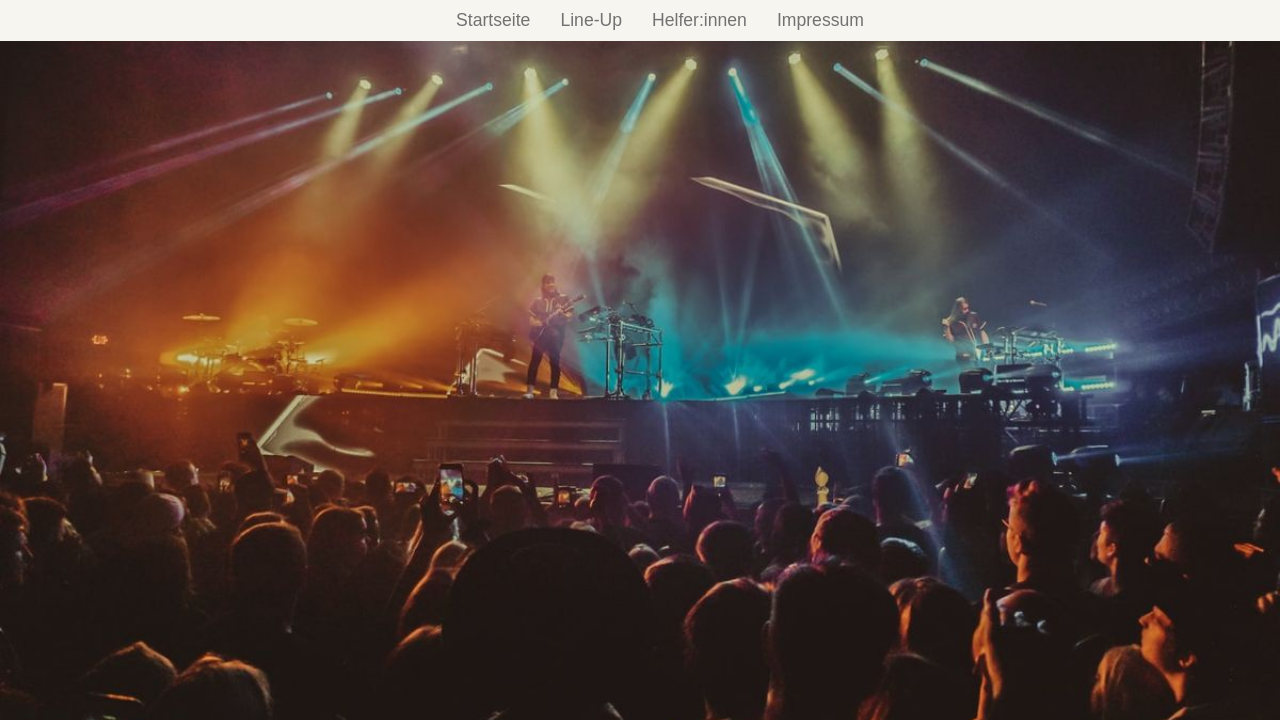
Repository: Hajimohammadi-KI/Web-Technologien
Page: index.html
These files come from the project's save history. The page is drawn as it stood at one moment and after the next save; the edit follows.
The browser window is 1280 px wide. The pictures show the whole page.

Above is the page before, as saved 2025-10-01 14:18:04.

After the next save:
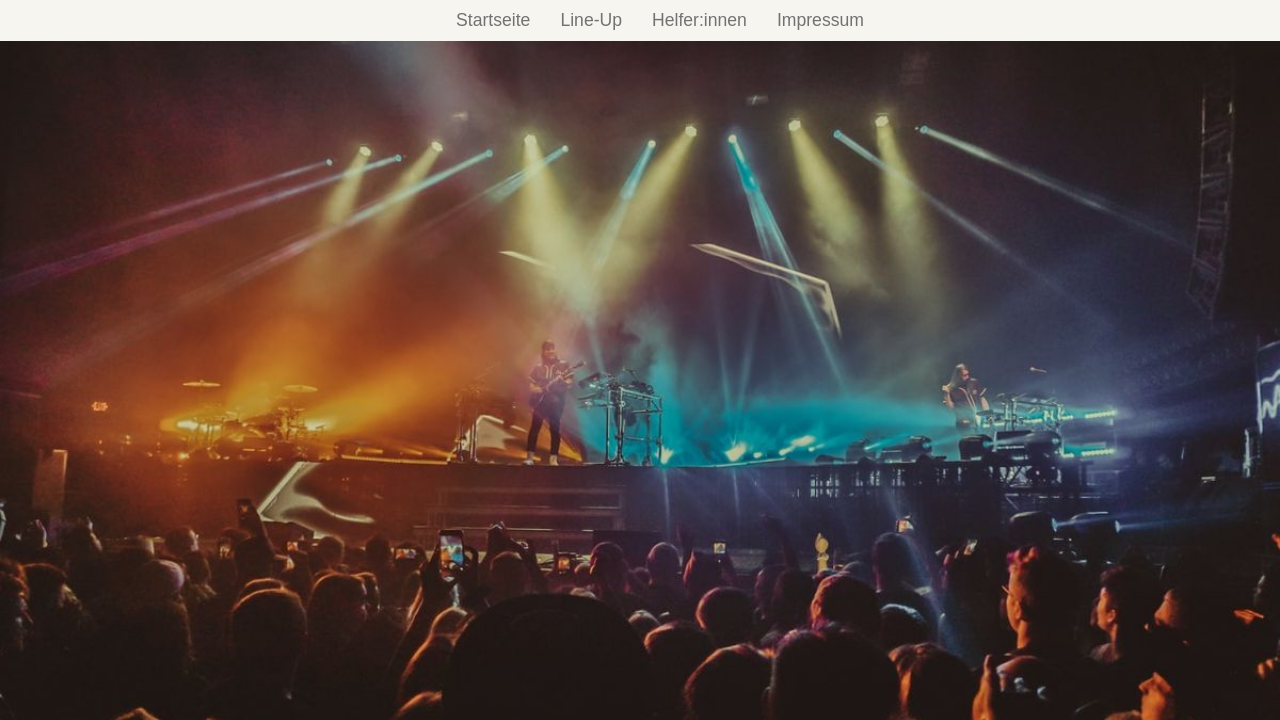
Saved 4 min 4 s later.
--- a/index.html
+++ b/index.html
@@ -3,7 +3,7 @@
 <head>
     <meta charset="UTF-8">
     <meta name="viewport" content="width=device-width, initial-scale=1.0">
-    <link rel="stylesheet" href="Style.css">
+    <link rel="stylesheet" href="mystyle.css">
     <title>T01-HTML&CSS</title>
 </head>
 <body>
